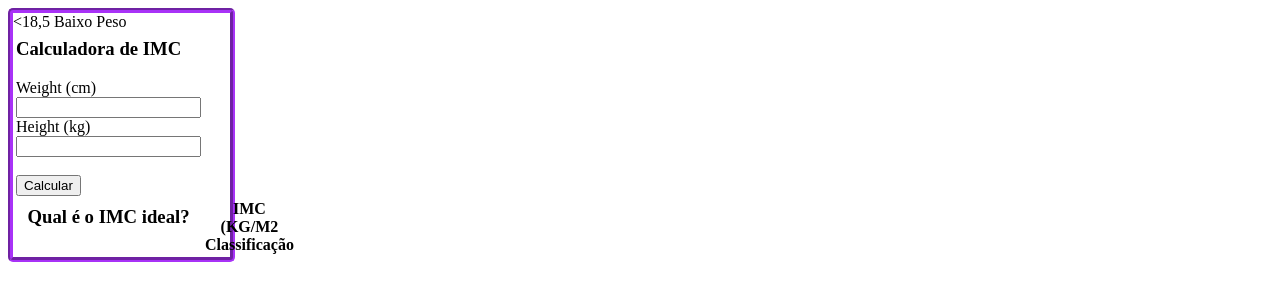
Repository: Patriciamativi/Projetos
Page: index.html
The author's editor kept a copy of each file at every save. The page is drawn from the files as they stood at one save, then again after the next save.
The browser window is 1280 px wide. The pictures show the whole page.

Above is the page before, as saved 2022-11-21 15:18:56.

### index.html
<html>
    <head>
        <title>Calculadora de IMC</title>
        <meta charset="utf-8"/>

        <style type="text/css">

            p {
                border: 5px groove rgb(168, 50, 247);
                border-radius: 5px;
                width: 217px;
            }
            td {

                /*background-color: rgb(216, 166, 240);*/
            }

        </style>
    </head>
   <p>
<table border="0">
    <body>
         <th><tr>
            <td> <h3>Calculadora de IMC</h3>

            Weight (cm)<br/>
            <input type: "number" > </br>

            Height (kg)<br/>
            <input type: "number" > </br> </br>

            <input type= "submit" value="Calcular"> </td> </tr>
          </th>
                <th> <h3>Qual é o IMC ideal?</h3></th>

                <th>IMC (KG/M2<br/>  Classificação</th>
                <th></th><18,5            Baixo Peso


    </table>
</p>



</body>
</html>

After the next save:
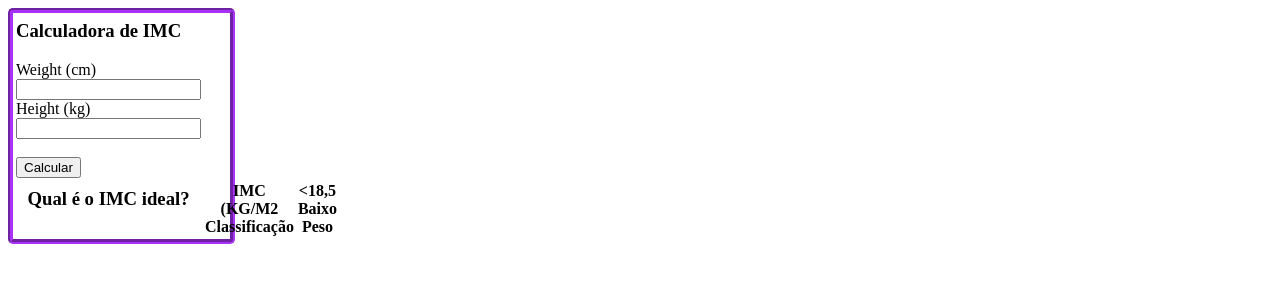
Saved 11 s later.
--- a/index.html
+++ b/index.html
@@ -34,7 +34,7 @@
                 <th> <h3>Qual é o IMC ideal?</h3></th>
 
                 <th>IMC (KG/M2<br/>  Classificação</th>
-                <th></th><18,5            Baixo Peso
+                <th><18,5            Baixo Peso</th>
 
 
     </table>
